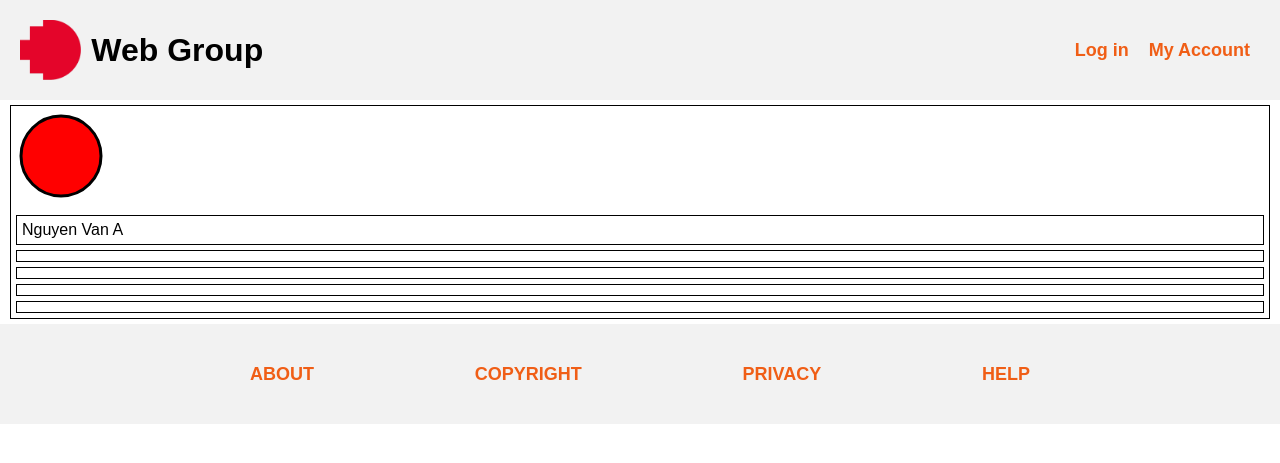
Repository: quynguyn/shoopingweb
Page: shipper.html
An editor plug-in stored every save of this project. The page is shown before and after a run of saves, followed by the edit.
The browser window is 1280 px wide. The pictures show the whole page.

Above is the page before, as saved 2023-05-04 14:56:10.

After the next 5 saves:
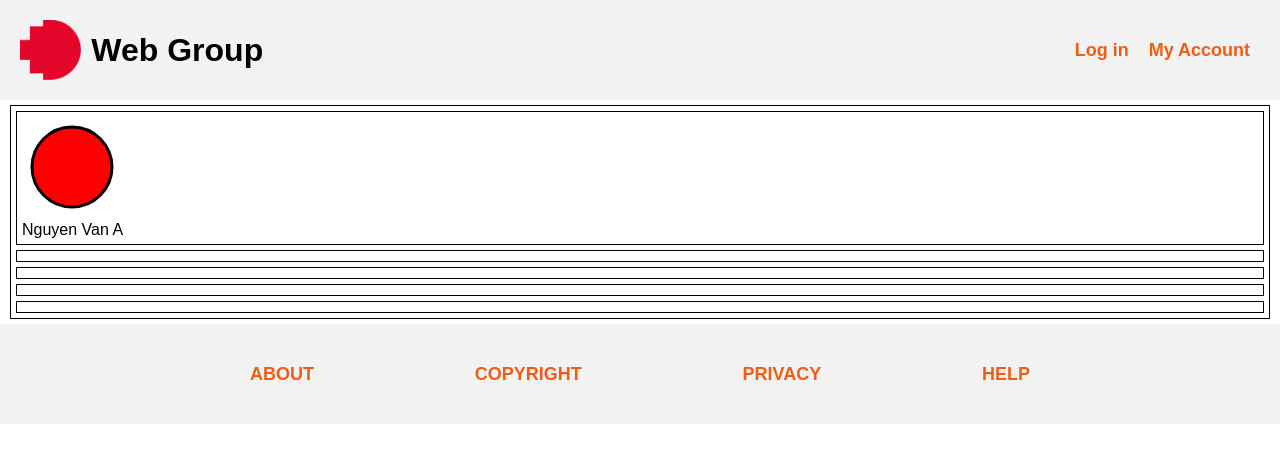
The 5 saves are shown as one change because they came seconds apart.
The last was saved 22 s later.
--- a/shipper.html
+++ b/shipper.html
@@ -26,12 +26,13 @@
 	</header>
 	<div class="main-container">
 		<div class="orders-container">
-			<div class="activity">
-				<svg height="100" width="100">
-					<circle cx="50" cy="50" r="40" stroke="black" stroke-width="3" fill="red" />
-				</svg>
-			</div>
 			<div class="order">
+				<div class="activity">
+					<svg height="100" width="100">
+						<circle cx="50" cy="50" r="40" stroke="black" stroke-width="3" fill="red" />
+					</svg>
+				</div>
+
 				<div class="information-container">
 					<p class="name">Nguyen Van A</p>
 				</div>
